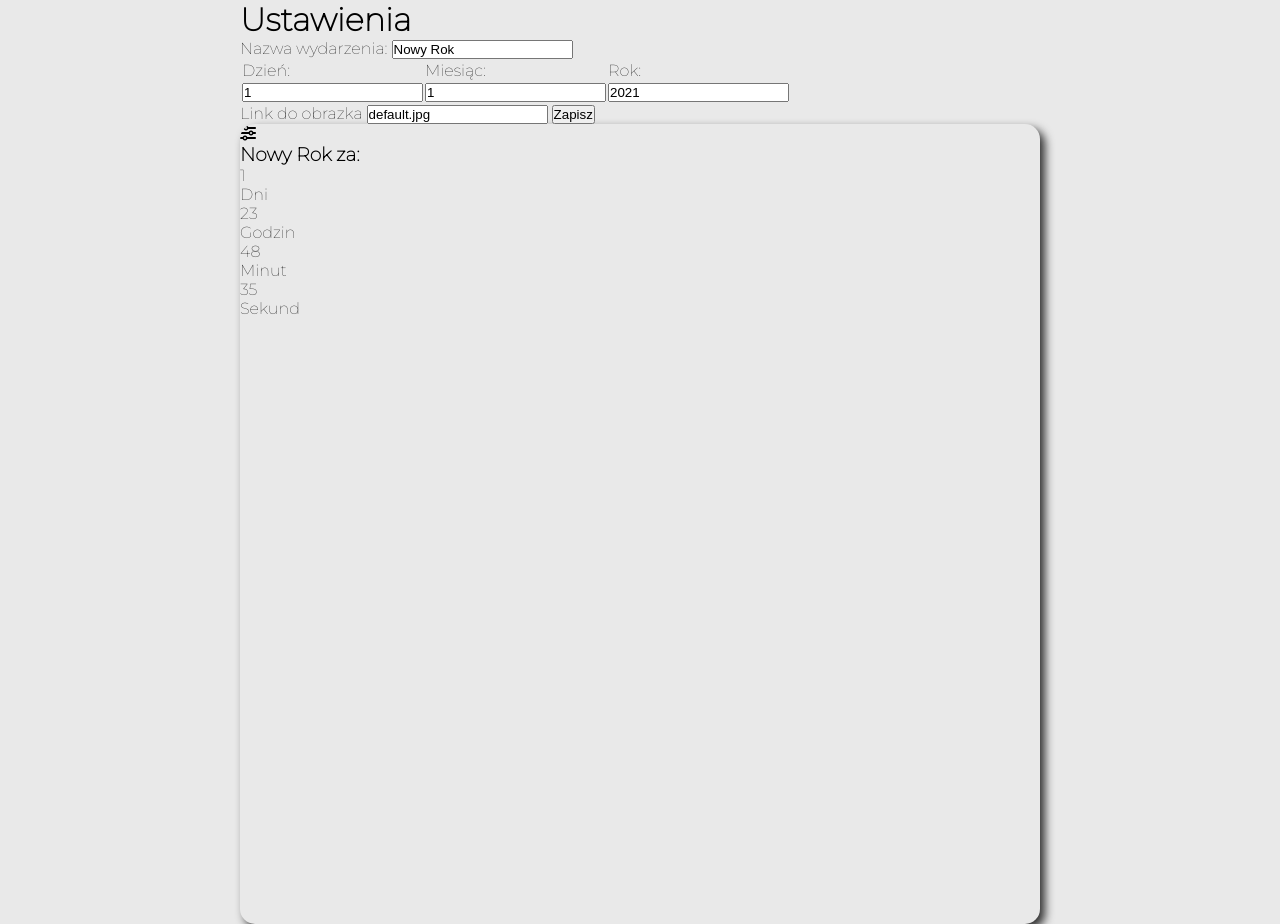
Repository: KrzysKolo/Projekt-8_Czasomierz
Page: index.html
These files come from the project's save history. The page is drawn as it stood at one moment and after the next save; the edit follows.
The browser window is 1280 px wide. The pictures show the whole page.
Some web libraries are served in a nearby version.

Above is the page before, as saved 2020-07-19 10:14:22.

### index.html
<!DOCTYPE html>
<html lang="en">
  <head>
    <meta charset="UTF-8" />
    <meta name="viewport" content="width=device-width, initial-scale=1.0" />
    <script
      src="https://kit.fontawesome.com/21efeaf281.js"
      crossorigin="anonymous"
    ></script>
    <link
      href="https://fonts.googleapis.com/css2?family=Montserrat:wght@100&display=swap"
      rel="stylesheet"
    />
    <link rel="stylesheet" href="/css/style.css" />
    <title>Projekt 9</title>
  </head>
  <body>
    <main class="counter-app">
      <div class="settings active">
        <h1>Ustawienia</h1>
        <label for="event-name">Nazwa wydarzenia: </label>
        <input type="text" id="event-name" value="Nowy Rok" />
        <table class="date">
          <tr>
            <td><label for="event-day">Dzień:</label></td>
            <td><label for="event-month">Miesiąc:</label></td>
            <td><label for="event-year">Rok:</label></td>
          </tr>
          <tr>
            <td>
              <input type="number" id="event-day" maxlength="2" value="1" />
            </td>
            <td>
              <input type="number" id="event-month" maxlength="2" value="1" />
            </td>
            <td>
              <input type="number" id="event-year" maxlength="4" value="2021" />
            </td>
          </tr>
        </table>
        <label for="eveny-image">Link do obrazka</label>
        <input type="text" id="eveny-image" value="default.jpg" />
        <button class="save">Zapisz</button>
      </div>

      <div class="app-body">
        <div class="image-section">
          <div class="settings-btn">
            <i class="fas fa-sliders-h"></i>
          </div>
        </div>
        <div class="time-section">
          <h3>
            <span class="event">Nowy Rok</> </span>za:
          </h3>
          <div class="time-cards">
            <div class="card">
                <p class="days-count number">1</p>
                <p class="card-title">Dni</p>
            </div>
            <div class="card">
                <p class="hours-count number">23</p>
                <p class="card-title">Godzin</p>
            </div>
            <div class="card">
                <p class="minutes-count number">48</p>
                <p class="card-title">Minut</p>
            </div>
            <div class="card">
                <p class="seconds-count number">35</p>
                <p class="card-title">Sekund</p>
            </div>
          </div>
        </div>
      </div>
    </main>
    <script src="./js/index.js"></script>
  </body>
</html>

### css/style.css
* {
  box-sizing: border-box;
  margin: 0;
  padding: 0;
}
body {
  display: flex;
  justify-content: center;
  align-items: center;
  min-height: 100vh;
  font-family: "Montserrat", sans-serif;
  background-color: rgb(233, 233, 233);
}
.counter-app {
  position: relative;
}
.app-body {
  display: flex;
  flex-direction: column;
  width: 800px;
  height: 800px;
  border-radius: 15px;
  box-shadow: 5px 5px 10px rgba(0, 0, 0, 0.8);
  overflow: hidden;
}
.image-section {
  position: relative;
}

Loaded but not shown: js/index.js (no copy from this time; the picture is the same without it)

After the next save:
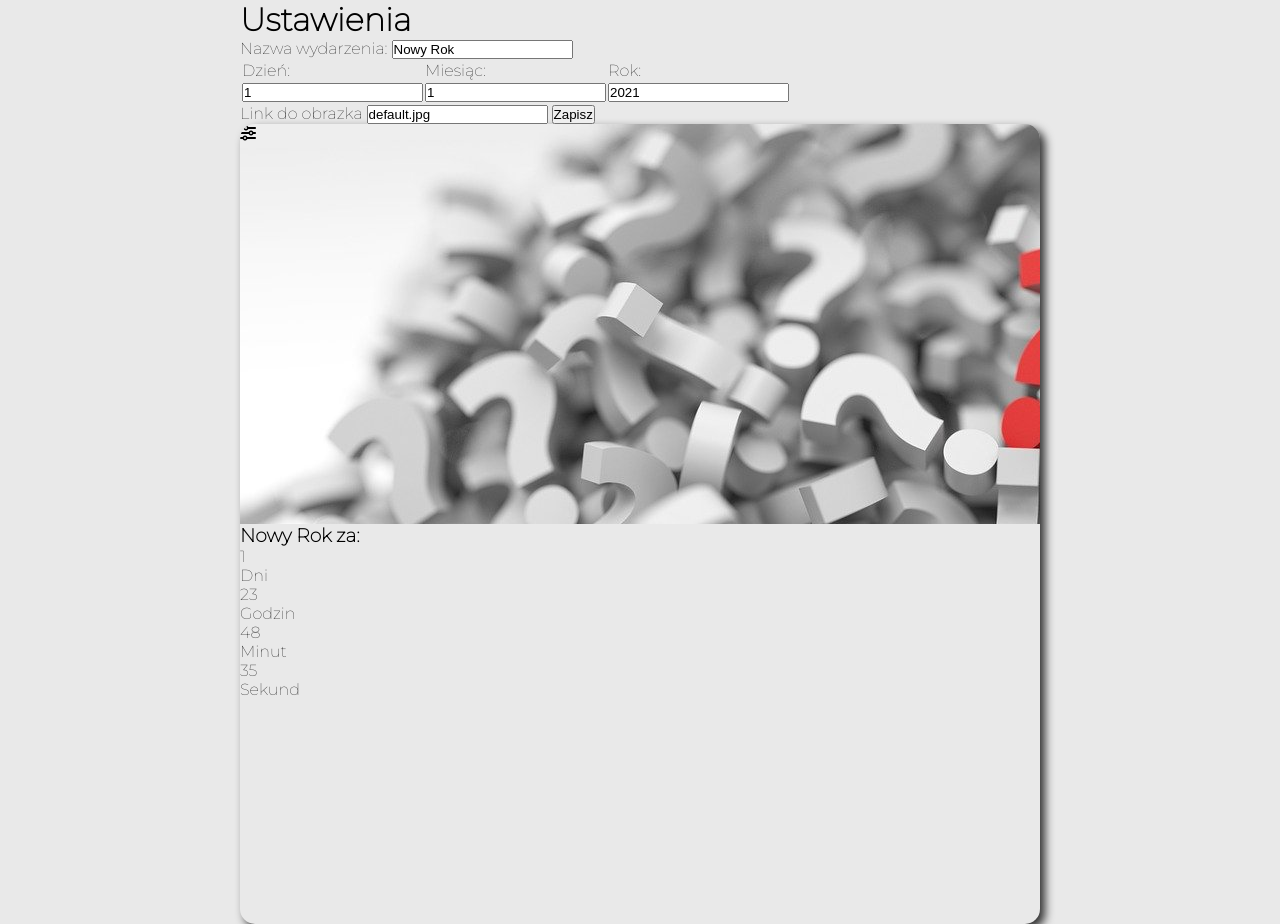
Saved 96 s later.
--- a/css/style.css
+++ b/css/style.css
@@ -25,4 +25,6 @@ body {
 }
 .image-section {
   position: relative;
+  height: 400px;
+  background-image: url("./../img/default.jpg");
 }
